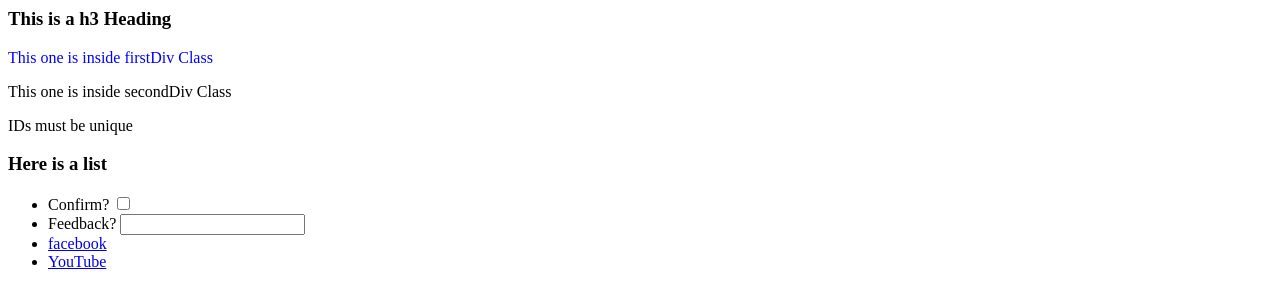
Repository: MonwarAdeeb/Bista_Solutions
Page: HTML & CSS/CSS/Level One/03. Apply Style on Subsets.html
These files come from the project's save history. The page is drawn as it stood at one moment and after a run of saves; the edit follows.
The browser window is 1280 px wide. The pictures show the whole page.

Above is the page before, as saved 2021-05-19 17:00:21.

After the next 2 saves:
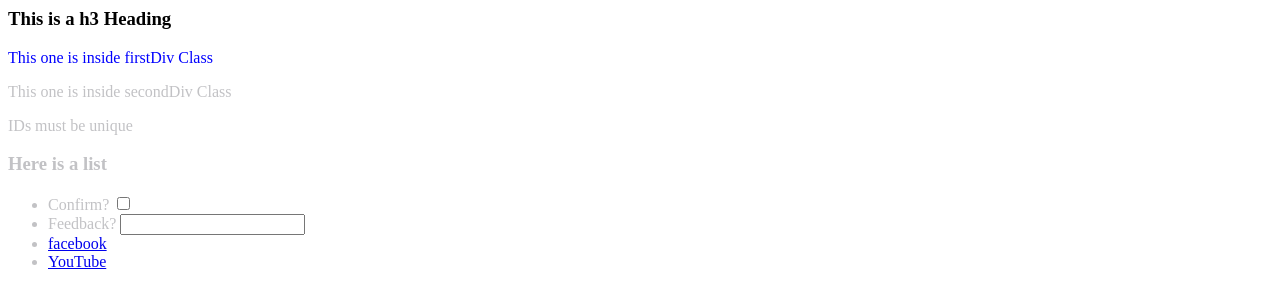
The 2 saves are shown as one change because they came seconds apart.
The last was saved 10 s later.
--- a/HTML & CSS/CSS/Level One/03. Apply Style on Subsets.css
+++ b/HTML & CSS/CSS/Level One/03. Apply Style on Subsets.css
@@ -3,6 +3,6 @@
   color: blue;
 }
 
-.firstDiv {
-    color: blue;
+.secondDiv {
+    color: rgb(194, 194, 197);
   }
